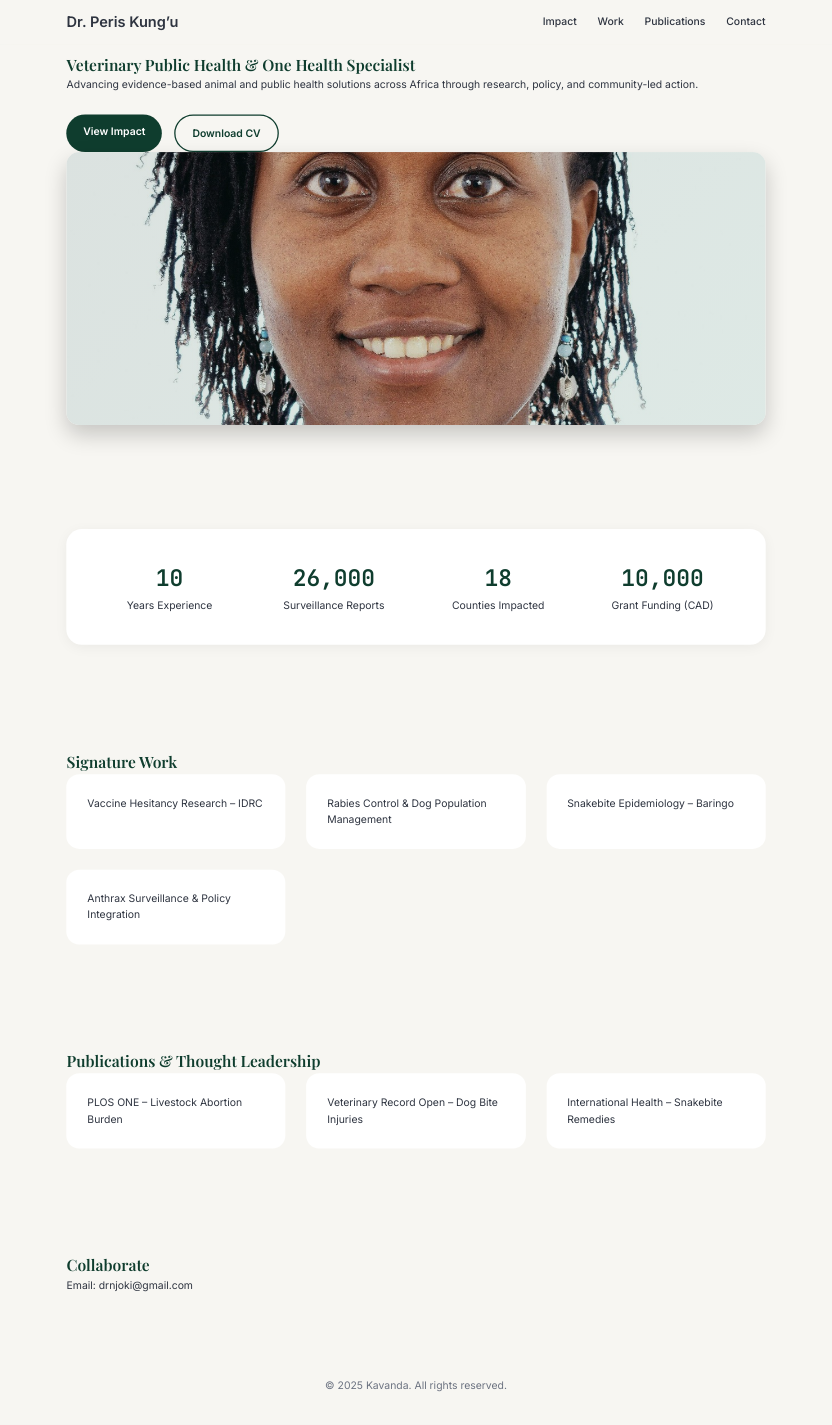
Repository: ladygit-comits/Peris_Portfolio
Page: index.html
The author's editor kept a copy of each file at every save. The page is drawn from the files as they stood at one save, then again after the next save.
The browser window is 1280 px wide. The pictures show the whole page, at 65% of full size.

Above is the page before, as saved 2026-01-01 21:00:57.

### index.html
<!DOCTYPE html>
<html lang="en">
<head>
  <meta charset="UTF-8" />
  <meta name="viewport" content="width=device-width, initial-scale=1.0" />
  <title>Dr. Peris Kung’u | Veterinary Public Health</title>

  <!-- Google Fonts -->
  <link href="https://fonts.googleapis.com/css2?family=Playfair+Display:wght@400;600&family=Inter:wght@300;400;500;600&family=JetBrains+Mono:wght@400;600&display=swap" rel="stylesheet">

  <link rel="stylesheet" href="style.css" />
</head>
<body>

<nav>
  <strong>Dr. Peris Kung’u</strong>
  <ul>
    <li><a href="#impact">Impact</a></li>
    <li><a href="#work">Work</a></li>
    <li><a href="#publications">Publications</a></li>
    <li><a href="#contact">Contact</a></li>
  </ul>
</nav>

<section class="hero">
  <div class="hero-text">
    <h1>Veterinary Public Health & One Health Specialist</h1>
    <p>
      Advancing evidence-based animal and public health solutions across Africa through research, policy, and community-led action.
    </p>
    <div class="cta">
      <a class="btn primary" href="#work">View Impact</a>
      <a class="btn secondary" href="#">Download CV</a>
    </div>
  </div>
  <div class="hero-img"></div>
</section>

<section id="impact">
  <div class="stats">
    <div class="stat">
      <h3 data-count="10">0</h3>
      <p>Years Experience</p>
    </div>
    <div class="stat">
      <h3 data-count="26000">0</h3>
      <p>Surveillance Reports</p>
    </div>
    <div class="stat">
      <h3 data-count="18">0</h3>
      <p>Counties Impacted</p>
    </div>
    <div class="stat">
      <h3 data-count="10000">0</h3>
      <p>Grant Funding (CAD)</p>
    </div>
  </div>
</section>

<section id="work">
  <h2>Signature Work</h2>
  <div class="grid">
    <div class="card">Vaccine Hesitancy Research – IDRC</div>
    <div class="card">Rabies Control & Dog Population Management</div>
    <div class="card">Snakebite Epidemiology – Baringo</div>
    <div class="card">Anthrax Surveillance & Policy Integration</div>
  </div>
</section>

<section id="publications">
  <h2>Publications & Thought Leadership</h2>
  <div class="grid">
    <div class="card">PLOS ONE – Livestock Abortion Burden</div>
    <div class="card">Veterinary Record Open – Dog Bite Injuries</div>
    <div class="card">International Health – Snakebite Remedies</div>
  </div>
</section>

<section id="contact">
  <h2>Collaborate</h2>
  <p>Email: drnjoki@gmail.com</p>
</section>

<footer>
 © 2025 Kavanda. All rights reserved.
</footer>

<script src="script.js"></script>
</body>
</html>

### style.css
:root {
  --primary: #0F3D2E;
  --accent: #C9A24D;
  --bg: #F7F6F2;
  --text: #2E3440;
  --muted: #6B7280;
  --transition: 0.3s ease;
}

/* Reset */
* {
  margin: 0;
  padding: 0;
  box-sizing: border-box;
}

body {
  font-family: 'Inter', sans-serif;
  background: var(--bg);
  color: var(--text);
  line-height: 1.6;
  scroll-behavior: smooth;
}

/* Sections */
section {
  padding: 5rem 8%;
}

h1, h2, h3 {
  font-family: 'Playfair Display', serif;
  color: var(--primary);
}

/* NAVIGATION */
nav {
  position: fixed;
  top: 0;
  width: 100%;
  background: rgba(247,246,242,0.95);
  backdrop-filter: blur(10px);
  padding: 1rem 8%;
  display: flex;
  justify-content: space-between;
  align-items: center;
  z-index: 1000;
}

nav strong {
  font-size: 1.4rem;
  cursor: default;
}

nav ul {
  list-style: none;
  display: flex;
  gap: 2rem;
}

nav a {
  text-decoration: none;
  color: inherit;
  font-weight: 500;
  position: relative;
  transition: var(--transition);
}

nav a:hover::after {
  content: '';
  position: absolute;
  left: 0;
  bottom: -4px;
  width: 100%;
  height: 2px;
  background: var(--accent);
  border-radius: 2px;
}

/* Hamburger Menu for Mobile */
.hamburger {
  display: none;
  flex-direction: column;
  cursor: pointer;
  gap: 5px;
}

.hamburger div {
  width: 25px;
  height: 3px;
  background: var(--text);
  transition: var(--transition);
}

/* HERO */
.hero-img {
  height: 420px;
  border-radius: 20px;
  position: relative;
  overflow: hidden;
  background: url('images/peris.jpeg') no-repeat center center;
  background-size: cover;
  transition: transform 0.5s ease, box-shadow 0.5s ease;
  box-shadow: 0 15px 35px rgba(0, 0, 0, 0.2);
}


.hero-img::after {
  content: '';
  position: absolute;
  inset: 0;
  background: linear-gradient(135deg, rgba(15,61,46,0.15), rgba(31,107,82,0.15));
  pointer-events: none;
  transition: opacity 0.5s ease;
}

.hero-img:hover {
  transform: scale(1.05) rotate(0.5deg);
  box-shadow: 0 25px 50px rgba(0, 0, 0, 0.25);
}

.hero-img:hover::after {
  opacity: 0;
}


/* BUTTONS */
.cta {
  margin-top: 2rem;
  display: flex;
  gap: 1.2rem;
}

.btn {
  padding: 0.9rem 1.6rem;
  border-radius: 30px;
  cursor: pointer;
  border: none;
  font-weight: 600;
  transition: all 0.3s ease;
  text-decoration: none;
}

.btn.primary {
  background: var(--primary);
  color: #fff;
}

.btn.secondary {
  border: 2px solid var(--primary);
  color: var(--primary);
  background: transparent;
}

.btn:hover {
  transform: translateY(-3px);
  box-shadow: 0 8px 15px rgba(0,0,0,0.1);
}

/* STATS */
.stats {
  background: #fff;
  border-radius: 24px;
  padding: 3rem;
  display: grid;
  grid-template-columns: repeat(4, 1fr);
  gap: 2rem;
  box-shadow: 0 4px 20px rgba(0,0,0,0.05);
}

.stat {
  text-align: center;
}

.stat h3 {
  font-family: 'JetBrains Mono', monospace;
  font-size: 2.2rem;
}

/* GRID CARDS */
.grid {
  display: grid;
  grid-template-columns: repeat(auto-fit, minmax(280px, 1fr));
  gap: 2rem;
}

.card {
  background: #fff;
  padding: 2rem;
  border-radius: 20px;
  transition: transform 0.3s ease, box-shadow 0.3s ease;
  cursor: pointer;
}

.card:hover {
  transform: translateY(-6px);
  box-shadow: 0 12px 25px rgba(0,0,0,0.1);
}

/* FOOTER */
footer {
  text-align: center;
  padding: 3rem;
  color: var(--muted);
}

/* SCROLL TO TOP */
#scrollTop {
  position: fixed;
  bottom: 30px;
  right: 30px;
  background: var(--primary);
  color: #fff;
  padding: 0.7rem 1rem;
  border-radius: 50%;
  cursor: pointer;
  font-size: 1.5rem;
  display: none;
  z-index: 100;
  transition: background 0.3s ease;
}

#scrollTop:hover {
  background: var(--accent);
}

/* RESPONSIVE */
@media (max-width: 900px) {
  .hero {
    grid-template-columns: 1fr;
    text-align: center;
    gap: 2rem;
  }
  .hero-img {
    height: 300px;
    margin: 0 auto;
  }
  nav ul {
    position: fixed;
    top: 70px;
    right: -100%;
    width: 200px;
    background: var(--bg);
    height: calc(100vh - 70px);
    flex-direction: column;
    align-items: center;
    padding-top: 2rem;
    gap: 1.5rem;
    transition: right 0.3s ease;
    box-shadow: -5px 0 20px rgba(0,0,0,0.1);
  }
  nav ul.show {
    right: 0;
  }
  .hamburger {
    display: flex;
  }
}

### script.js
// Counter Animation
const counters = document.querySelectorAll('[data-count]');

function animateCounters() {
  counters.forEach(counter => {
    const target = +counter.dataset.count;
    let count = 0;
    const increment = target / 80;

    function update() {
      count += increment;
      if (count < target) {
        counter.innerText = Math.ceil(count);
        requestAnimationFrame(update);
      } else {
        counter.innerText = target.toLocaleString();
      }
    }

    update();
  });
}

window.addEventListener('load', animateCounters);

// Scroll to Top Button
const scrollTop = document.createElement('div');
scrollTop.id = 'scrollTop';
scrollTop.innerHTML = '↑';
document.body.appendChild(scrollTop);

scrollTop.addEventListener('click', () => {
  window.scrollTo({ top: 0, behavior: 'smooth' });
});

window.addEventListener('scroll', () => {
  if (window.scrollY > 300) {
    scrollTop.style.display = 'block';
  } else {
    scrollTop.style.display = 'none';
  }
});

// Hamburger Menu Toggle
const hamburger = document.createElement('div');
hamburger.classList.add('hamburger');
hamburger.innerHTML = '<div></div><div></div><div></div>';
document.querySelector('nav').appendChild(hamburger);

const navMenu = document.querySelector('nav ul');

hamburger.addEventListener('click', () => {
  navMenu.classList.toggle('show');
  hamburger.classList.toggle('active');

  // Toggle X
  if (hamburger.classList.contains('active')) {
    hamburger.innerHTML = '<div style="transform: rotate(45deg) translate(5px,5px)"></div><div style="opacity:0"></div><div style="transform: rotate(-45deg) translate(6px,-6px)"></div>';
  } else {
    hamburger.innerHTML = '<div></div><div></div><div></div>';
  }
});

After the next save:
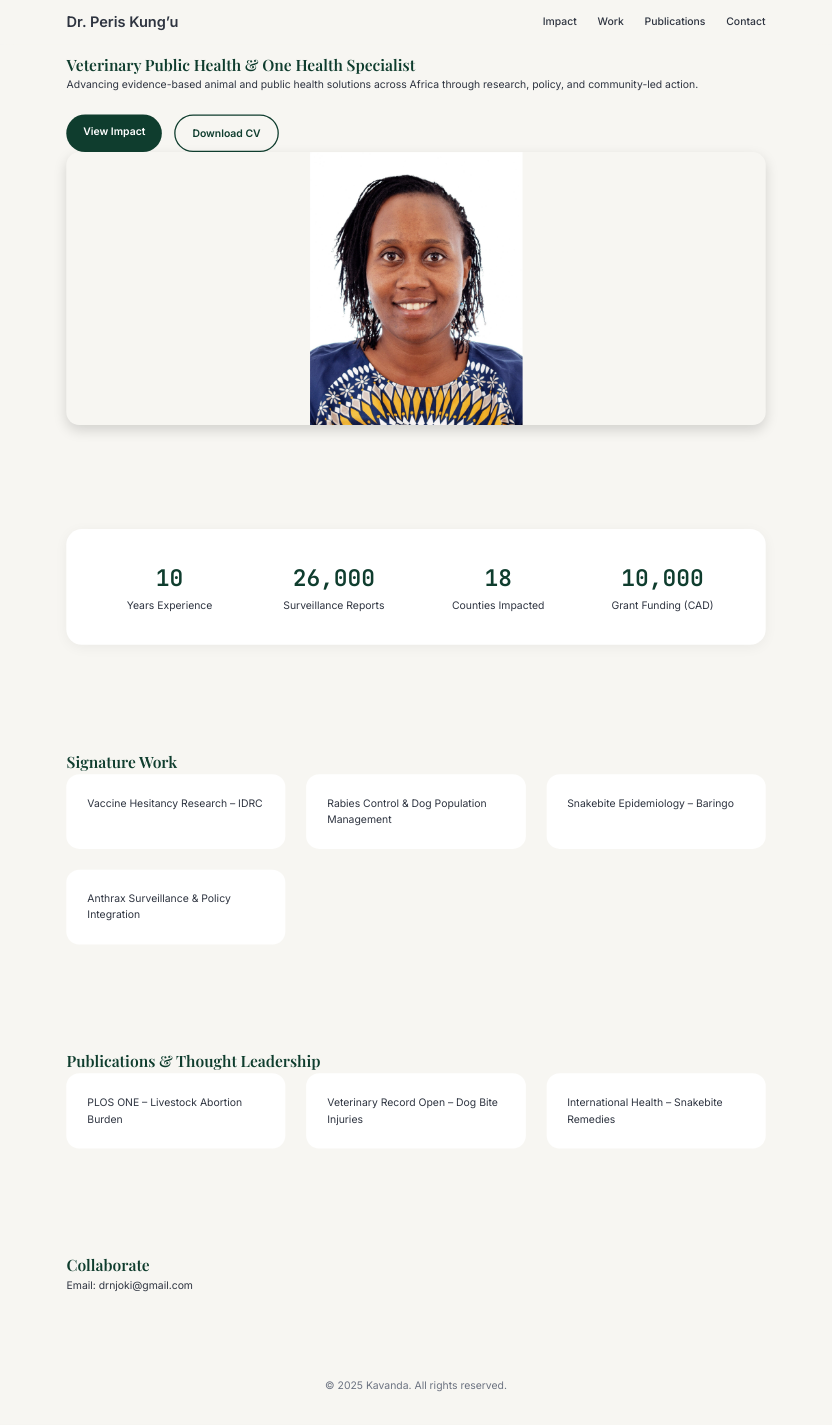
Saved 3 min 12 s later.
--- a/style.css
+++ b/style.css
@@ -95,31 +95,15 @@ nav a:hover::after {
 .hero-img {
   height: 420px;
   border-radius: 20px;
-  position: relative;
-  overflow: hidden;
   background: url('images/peris.jpeg') no-repeat center center;
-  background-size: cover;
-  transition: transform 0.5s ease, box-shadow 0.5s ease;
-  box-shadow: 0 15px 35px rgba(0, 0, 0, 0.2);
-}
-
-
-.hero-img::after {
-  content: '';
-  position: absolute;
-  inset: 0;
-  background: linear-gradient(135deg, rgba(15,61,46,0.15), rgba(31,107,82,0.15));
-  pointer-events: none;
-  transition: opacity 0.5s ease;
+  background-size: contain;
+  transition: transform 0.3s ease, box-shadow 0.3s ease;
+  box-shadow: 0 8px 20px rgba(0, 0, 0, 0.15);
 }
 
 .hero-img:hover {
-  transform: scale(1.05) rotate(0.5deg);
-  box-shadow: 0 25px 50px rgba(0, 0, 0, 0.25);
-}
-
-.hero-img:hover::after {
-  opacity: 0;
+  transform: scale(1.02);
+  box-shadow: 0 12px 25px rgba(0, 0, 0, 0.2);
 }
 
 
